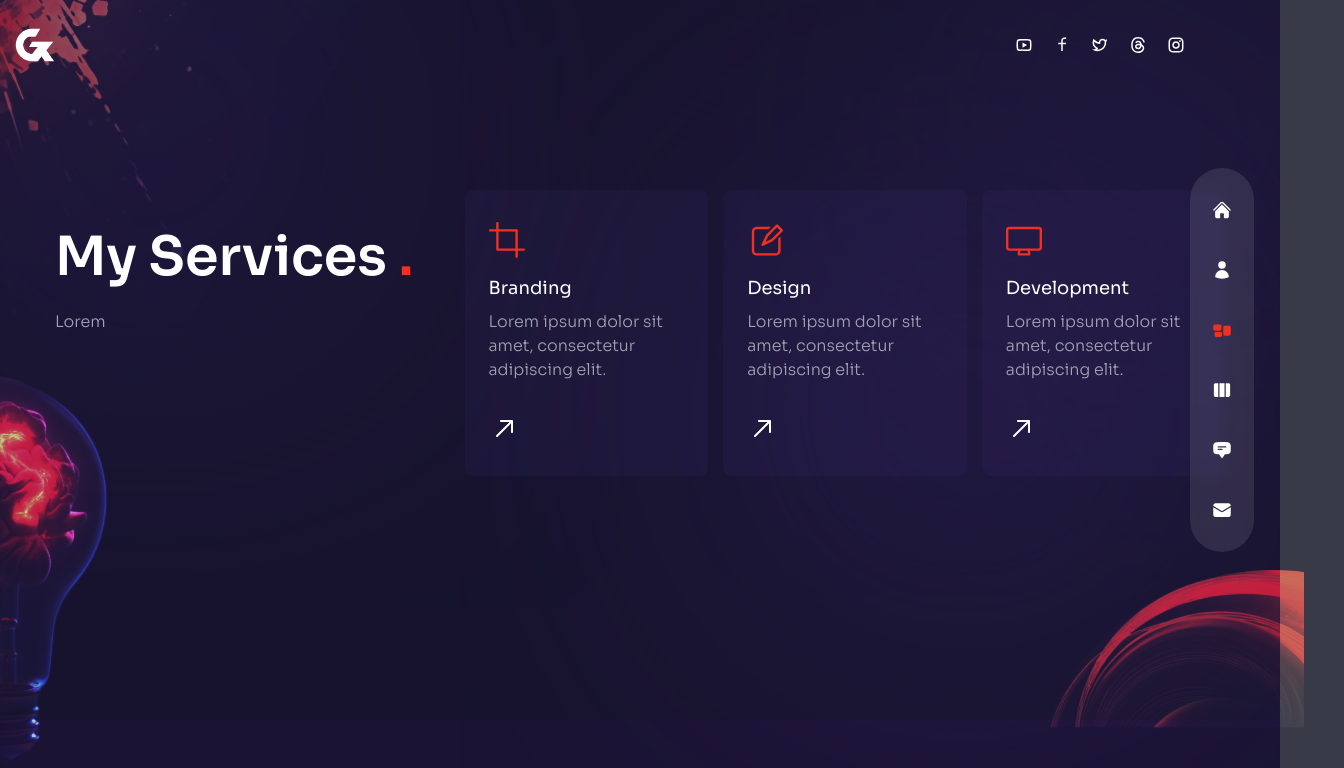
Repository: zecht12/Portofolio-without-db
Page: /services
These files come from the project's save history. The page is drawn as it stood at one moment and after a run of saves; the edit follows.
The browser window is 1280 px wide. The page is 1344 px wide, so the pictures cover 1344 px, including what lies to the right of the window. The pictures show the whole page.
The project was rebuilt for these pictures with package versions that can differ from the ones it lists, and the page was loaded fresh each time. The framework's server and built-in components were replaced by stand-ins that run in the browser. Also part of the build but not shown: next.config.js.

Above is the page before, as saved 2023-10-08 15:45:47.

### app/layout.js
'use client'

import './globals.css'
import {Sora} from '@next/font/google'
import Nav from '@/components/Nav'
import Header from '@/components/Header'
import TopLeftImg from '@/components/TopLeftImg'
import { useRouter } from 'next/navigation'
import Transition from '@/components/Transition'
import { AnimatePresence, motion } from 'framer-motion'

const sora = Sora({
  subsets:['latin'],
  variable:'--font-sora',
  weight:['100','200','300','400','500','600','700','800']
})

export default function RootLayout({ children }) {
  const router = useRouter();
  return (
    <html lang="en">
      <head>
        <title>Zecht Porto</title>
      </head>
      <body className={`page bg-site text-white bg-cover bg-no-repeat  ${sora.variable} font-sora relative `}>
        <AnimatePresence>
          <motion.div className='h-full' key={router.route}>
            <TopLeftImg/>
            <Nav/>
            <Header/>
            <Transition/>
            {children}
          </motion.div>
        </AnimatePresence>
      </body>
    </html>
  )
}

### app/services/page.js
'use client'

import React from 'react'
import ServiceSlider from '@/components/ServiceSlider'
import Bulb from '@/components/Bulb'
import { motion } from 'framer-motion'
import { fadeIn } from '@/variants'
import { RxCrop, RxDesktop, RxPencil2, RxReader, RxRocket } from 'react-icons/rx'
import Circles from '@/components/Circles'

const serviceData = [
  {
    icon: <RxCrop />,
    title: 'Branding',
    description: 'Lorem ipsum dolor sit amet, consectetur adipiscing elit.',
  },
  {
    icon: <RxPencil2 />,
    title: 'Design',
    description: 'Lorem ipsum dolor sit amet, consectetur adipiscing elit.',
  },
  {
    icon: <RxDesktop />,
    title: 'Development',
    description: 'Lorem ipsum dolor sit amet, consectetur adipiscing elit.',
  },
  {
    icon: <RxReader />,
    title: 'Copywriting',
    description: 'Lorem ipsum dolor sit amet, consectetur adipiscing elit.',
  },
  {
    icon: <RxRocket />,
    title: 'SEO',
    description: 'Lorem ipsum dolor sit amet, consectetur adipiscing elit.',
  },
];

export default function Page() {
  return (
    <div className='h-full bg-primary/30 py-36 flex items-center'>
      <Circles/>
      <div className='container mx-auto'>
        <div className='flex flex-col xl:flex-row gap-x-8'>
          <div className='text-center flex xl:w-[30vw] flex-col lg:text-left mb-4 xl:mb-0 '>
            <motion.h2 variants={fadeIn('up', 0.2)} initial className='h2 xl:mt-8'>
              My Services <span className='text-accent'>.</span>
            </motion.h2>
            <p className='mb-4 max-w-[400px] mx-auto lg:mx-0 '>Lorem</p>
          </div>
          <div className='w-full xl:max-w-[65%] '>
            <ServiceSlider/>
          </div>
        </div>
      </div>
      <Bulb/>
    </div>
  )
}

### app/globals.css
@tailwind base;
@tailwind components;
@tailwind utilities;

.translate-z-0 {
  transform: translateZ(0px);
}
.swiper-horizontal > .swiper-pagination-bullets .swiper-pagination-bullet,
.swiper-pagination-horizontal.swiper-pagination-bullets
  .swiper-pagination-bullet {
  background-color: #f13024;
}

.swiper-button-next:after,
.swiper-button-prev:after,
.swiper-button-next:after,
.swiper-rtl .swiper-button-prev:after {
  color: #f13024;
}

@layer base {
  body {
    @apply bg-secondary overflow-hidden leading-relaxed;
  }
  .page {
    @apply w-full h-screen overflow-hidden;
  }
  .h1 {
    @apply text-[35px] leading-tight md:text-[60px] md:leading-[1.3] mb-8 font-semibold;
  }
  .h2 {
    @apply text-[35px] leading-tight md:text-[54px] md:leading-[1.3] mb-4 font-semibold;
  }
  p {
    @apply leading-[1.8] text-white/60 font-light;
  }
  .btn,
  .input {
    @apply h-[52px];
  }
  .input {
    @apply w-full h-[52px] rounded-lg pl-6 capitalize;
  }
  .input,
  .textarea {
    @apply bg-transparent outline-none focus:ring-1 focus:ring-accent border border-white/20 placeholder:text-white/30 placeholder:font-light;
  }
  .textarea {
    @apply w-full h-[180px] p-6 capitalize rounded-lg resize-none;
  }
}

### components/Nav.js
'use client'
import Link from 'next/link';
import { useRouter } from 'next/navigation';
import {
  HiHome,
  HiUser,
  HiViewColumns,
  HiRectangleGroup,
  HiChatBubbleBottomCenterText,
  HiEnvelope,
} from 'react-icons/hi2';

// nav data
export const navData = [
  { name: 'home', path: '/', icon: <HiHome /> },
  { name: 'about', path: '/about', icon: <HiUser /> },
  { name: 'services', path: '/services', icon: <HiRectangleGroup /> },
  { name: 'work', path: '/work', icon: <HiViewColumns /> },
  {
    name: 'testimonials',
    path: '/testimonials',
    icon: <HiChatBubbleBottomCenterText />,
  },
  {
    name: 'contact',
    path: '/contact',
    icon: <HiEnvelope />,
  },
];

const Nav = () => {
  const router = useRouter();
  const pathname = router.pathname;

  return(
    <nav className='flex flex-col items-center xl:justify-center gap-y-4 fixed h-max bottom-0 mt-auto xl:right-[2%] z-50 w-screen xl:w-16 top-0 xl:max-w-md xl:h-screen'>
      <div className='flex w-full xl:flex-col items-center justify-between xl:justify-center gap-y-10 px-4 md:px-40 xl:px-0 h-[80px] bg-white/10 xl:h-max py-8 backdrop-blur-sm text-3xl xl:text-xl xl:rounded-full'>
        {navData.map((link, index)=> {
          return(
              <a className={`${link.path === pathname && 'text-accent'} relative flex items-center hover:text-accent group transition-all duration-300 dela`} href={link.path} key={index} >
                <div className='absolute pr-14 right-0 hidden xl:group-hover:flex'>
                  <div className='bg-white relative flex text-primary items-center p-[6px] rounded-[3px] '>
                    <div className='text-[12px] leading-none font-semibold capitalize '>
                      {link.name}
                    </div>
                    <div className='border-solid border-l-white border-l-8 border-y-transparent border-y-[6px] border-r-0 absolute -right-2 '></div>
                  </div>
                </div>
                <div>
                  {link.icon}
                </div>
              </a>
          )
        })}
      </div>
    </nav>
  )
};

export default Nav;

### components/Header.js
import Image from "next/image"
import Link from "next/link"
import Socials from "./Socials";

const Header = () => {
  return(
    <header className="absolute z-30 w-full flex items-center px-15 xl:px-0 xl:h-[90px] ">
      <div className="container mx-0">
        <div className="flex flex-col lg:flex-row justify-between items-center gap-y-6 py-8">
          <Link href='/'>
            <Image src={'/logo-GR.png'} width={40} height={40} alt="logo" priority={true} className="w-[40px] h-[40px] hover:scale-110 " />
          </Link>
          <Socials/>
        </div>
      </div>
    </header>
  )
};

export default Header;

### components/TopLeftImg.js
import Image from "next/image";

const TopLeftImg = () => {
  return(
    <div className="absolute left-0 top-0 mix-blend-color-dodge z-10 w-[200px] xl:w-[400px] opacity-50 ">
      <Image src="/top-left-img.png" alt="TopLeftImg" width={400} height={400} />
    </div>
  )
};

export default TopLeftImg;

### components/Transition.js
'use client'

import { motion } from 'framer-motion'

const transitionVariants = {
  initial: {
    x:"100%",
    width:"100%"
  },
  animate: {
    x:"0%",
    width:"0%"
  },
  exit: {
    x: ['0%','100%'],
    width: ['0%','100%']
  },
}

const Transition = () => {
  return (
    <>
      <motion.div variants={transitionVariants} initial="initial" animate="animate" exit="exit" transition={{delay:0.2, duration:0.6, ease:'easeInOut'}} className='fixed top-0 bottom-0 right-full w-screen h-screen z-30 bg-[#2e2257] '></motion.div>
      <motion.div variants={transitionVariants} initial="initial" animate="animate" exit="exit" transition={{delay:0.4, duration:0.6, ease:'easeInOut'}} className='fixed top-0 bottom-0 right-full w-screen h-screen z-20 bg-[#3b2d71] '></motion.div>
      <motion.div variants={transitionVariants} initial="initial" animate="animate" exit="exit" transition={{delay:0.6, duration:0.6, ease:'easeInOut'}} className='fixed top-0 bottom-0 right-full w-screen h-screen z-10 bg-[#4b3792] '></motion.div>
    </>
  );
};

export default Transition;

### components/ServiceSlider.js
import { RxArrowTopRight, RxCrop, RxDesktop, RxPencil2, RxReader, RxRocket } from 'react-icons/rx'
import { Swiper, SwiperSlide} from "swiper/react";
import 'swiper/css'
import 'swiper/css/free-mode'
import 'swiper/css/pagination'
import { Pagination, FreeMode } from 'swiper/modules';
import { motion } from "framer-motion";
import { fadeIn } from "@/variants";
import React from 'react';

const serviceData = [
  {
    icon: <RxCrop />,
    title: 'Branding',
    description: 'Lorem ipsum dolor sit amet, consectetur adipiscing elit.',
  },
  {
    icon: <RxPencil2 />,
    title: 'Design',
    description: 'Lorem ipsum dolor sit amet, consectetur adipiscing elit.',
  },
  {
    icon: <RxDesktop />,
    title: 'Development',
    description: 'Lorem ipsum dolor sit amet, consectetur adipiscing elit.',
  },
  {
    icon: <RxReader />,
    title: 'Copywriting',
    description: 'Lorem ipsum dolor sit amet, consectetur adipiscing elit.',
  },
];

const ServiceSlider = () => {
  const navigationPrevRef = React.useRef(null)
  const navigationNextRef = React.useRef(null)
  return(
    <Swiper
    navigation={{
        prevEl: navigationPrevRef.current,
        nextEl: navigationNextRef.current,
    }}
    onBeforeInit={(swiper) => {
        swiper.params.navigation.prevEl = navigationPrevRef.current;
        swiper.params.navigation.nextEl = navigationNextRef.current;
    }}
    pagination={{ clickable: true }}
    freeMode={true}
    breakpoints={{
      320: {
        slidesPerView: 1,
        spaceBetween: 15
      },
      640:{
        slidesPerView: 3,
        spaceBetween: 15
      },
      1280:{
        slidesPerView: 3,
        spaceBetween: 15
      }
    }}
    className='h-[240px] sm:h-[340px] '>
      {serviceData.map((item,index) => {
        return(
          <SwiperSlide key={index}>
            <div className='bg-[rgba(65,47,123,0.15)] h-max rounded-lg px-6 py-8 flex sm:flex-col gap-x-6 sm:gap-x-0 group cursor-pointer hover:bg-[rgba(89,65,165,0.15)] transition-all duration-300 '>
              <div className='text-4xl text-accent mb-4'>
                {item.icon}
              </div>
              <div className='mb-8'>
                <div className='mb-2 text-lg'>
                  {item.title}
                </div>
                <p className='max-w-[350px] leading-normal '>
                  {item.description}
                </p>
              </div>
              <div className='text-3xl'>
                <RxArrowTopRight className='group-hover:text-accent group-hover:rotate-45 duration-300 transition-all' />
              </div>
            </div>
          </SwiperSlide>
        )
      })}
    </Swiper>
  )
};

export default ServiceSlider;

### components/Bulb.js
'use client'

import Image from "next/image";

const Bulb = () => {
  return(
    <div className="absolute -left-36 -bottom-12 mix-blend-color-dodge animate-pulse duration-75 w-[200px] z-20 xl:w-[260px] ">
      <Image src="/bulb.png" alt="bulb" width={260} height={200} className="w-full h-full" />
    </div>
  )
};

export default Bulb;

### components/Circles.js
'use client'

import Image from "next/image";

const Circles = () => {
  return (
    <div className="w-[200px] xl:w-[300px] absolute md:-right-16 -right-0 -bottom-2 mix-blend-color-dodge animate-pulse duration-75 z-10 ">
      <Image src={'/circles.png'} width={260} height={200} className="w-gull h-full" alt="circle" />
    </div>
  )
};

export default Circles;

### components/Socials.js
import Link from "next/link";
import { RiYoutubeLine, RiInstagramLine, RiFacebookLine, RiDribbbleLine, RiBehanceLine, RiThreadsLine, RiTwitterLine } from 'react-icons/ri'

const Socials = () => {
  return(
    <div className="flex items-center gap-x-5 text-lg">
      <Link href="/" className="hover:text-accent transition-all duration-300">
        <RiYoutubeLine />
      </Link>
      <Link href="/" className="hover:text-accent transition-all duration-300">
        <RiFacebookLine />
      </Link>
      <Link href="/" className="hover:text-accent transition-all duration-300">
        <RiTwitterLine />
      </Link>
      <Link href="/" className="hover:text-accent transition-all duration-300">
        <RiThreadsLine />
      </Link>
      <Link href="/" className="hover:text-accent transition-all duration-300">
        <RiInstagramLine />
      </Link>
    </div>
  )
};

export default Socials;

Loaded but not shown: variants.js (common file); tailwind.config.js (common file)

After the next 2 saves:
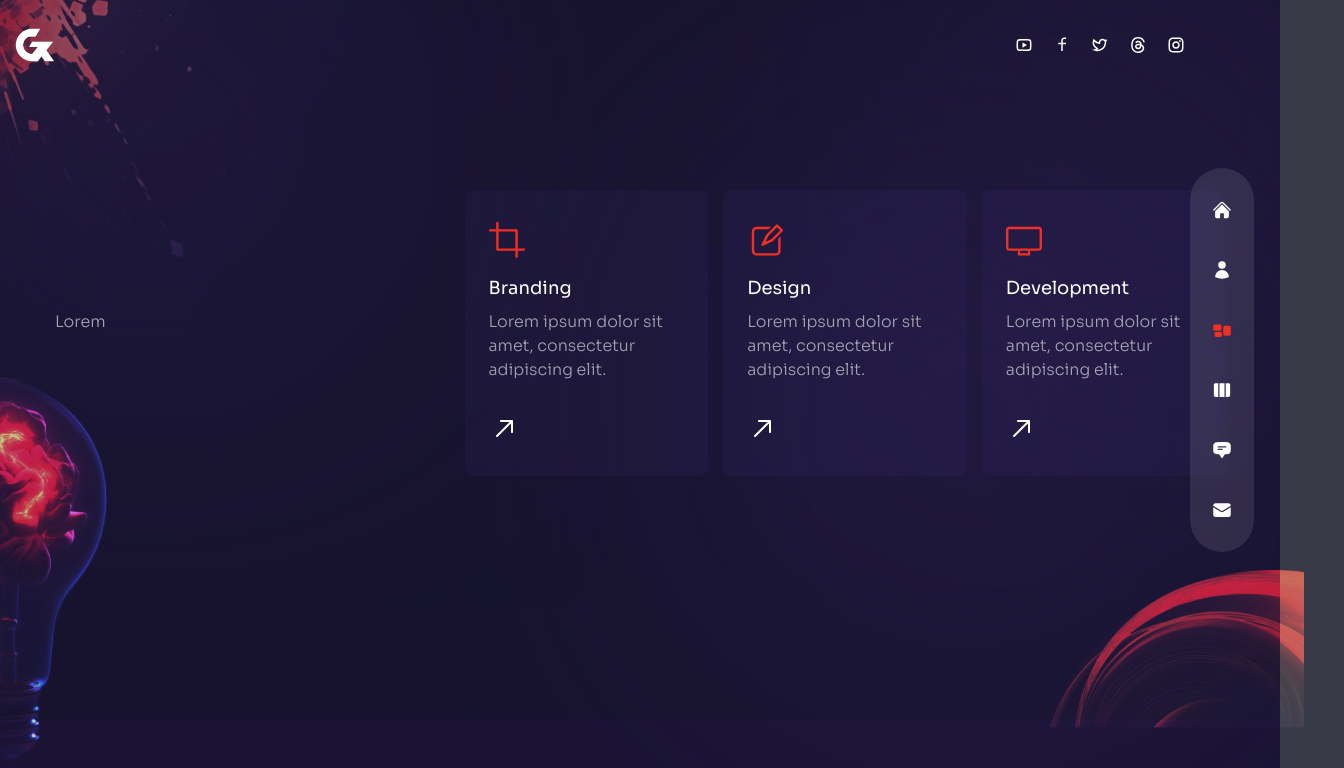
The 2 saves are shown as one change because they came seconds apart.
The last was saved 11 s later.
--- a/app/services/page.js
+++ b/app/services/page.js
@@ -43,7 +43,7 @@
       <div className='container mx-auto'>
         <div className='flex flex-col xl:flex-row gap-x-8'>
           <div className='text-center flex xl:w-[30vw] flex-col lg:text-left mb-4 xl:mb-0 '>
-            <motion.h2 variants={fadeIn('up', 0.2)} initial className='h2 xl:mt-8'>
+            <motion.h2 variants={fadeIn('up', 0.2)} initial="hidden" animate className='h2 xl:mt-8'>
               My Services <span className='text-accent'>.</span>
             </motion.h2>
             <p className='mb-4 max-w-[400px] mx-auto lg:mx-0 '>Lorem</p>

After the 4 saves that followed:
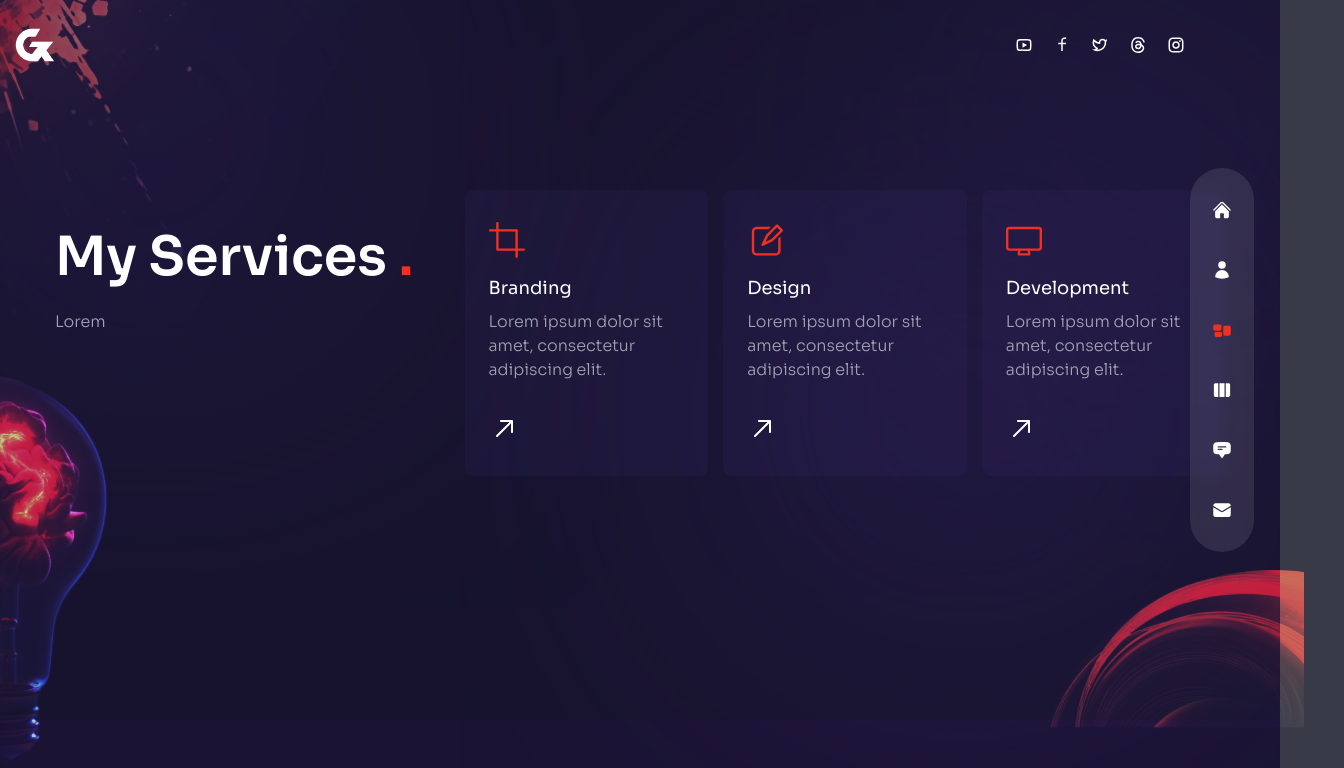
The 4 saves are shown as one change because 1 did not build or start and some came seconds apart.
The last was saved 18 s later.
--- a/app/services/page.js
+++ b/app/services/page.js
@@ -43,7 +43,7 @@
       <div className='container mx-auto'>
         <div className='flex flex-col xl:flex-row gap-x-8'>
           <div className='text-center flex xl:w-[30vw] flex-col lg:text-left mb-4 xl:mb-0 '>
-            <motion.h2 variants={fadeIn('up', 0.2)} initial="hidden" animate className='h2 xl:mt-8'>
+            <motion.h2 variants={fadeIn('up', 0.2)} initial="hidden" animate="show" exit="hidden" className='h2 xl:mt-8'>
               My Services <span className='text-accent'>.</span>
             </motion.h2>
             <p className='mb-4 max-w-[400px] mx-auto lg:mx-0 '>Lorem</p>
